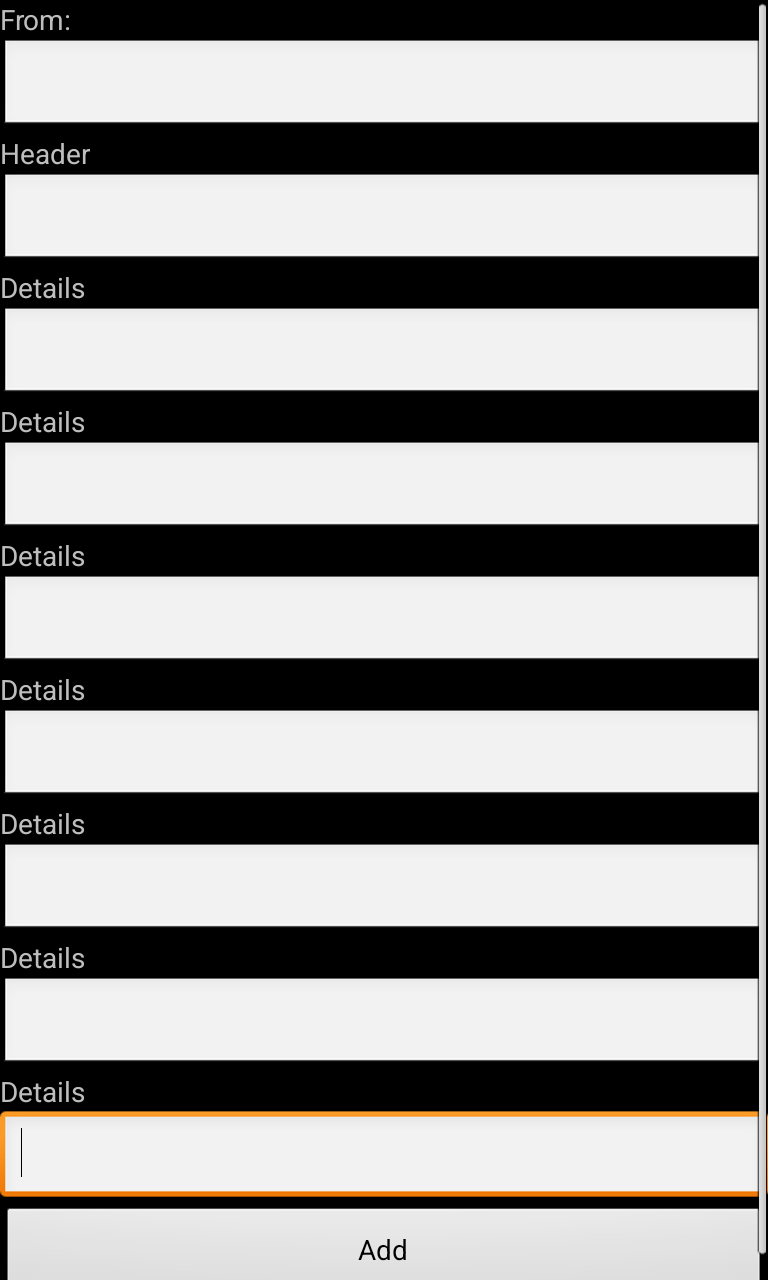
Repository: lcbasu/android
Layout: adt/M Notice/res/layout/detailed_admin.xml
These files come from the project's save history. The layout is drawn as it stood at one moment and after the next save; the edit follows.
It is drawn on a 768 x 1280 px phone screen (xhdpi) without system bars, with theme android:Theme; the app's code is not run.

Above is the layout before, as saved 2014-05-02 09:24:19.

### adt/M Notice/res/layout/detailed_admin.xml
<?xml version="1.0" encoding="utf-8"?>
<ScrollView xmlns:android="http://schemas.android.com/apk/res/android"
    android:layout_width="fill_parent"
    android:layout_height="wrap_content" >

    <LinearLayout

        android:layout_width="fill_parent"
        android:layout_height="fill_parent"
        android:orientation="vertical" >

    <TextView
        android:id="@+id/from"
        android:layout_width="wrap_content"
        android:layout_height="wrap_content"
        android:text="From:" />

    <EditText
        android:id="@+id/editFrom"
        android:layout_width="match_parent"
        android:layout_height="wrap_content"
        android:ems="10" >

        <requestFocus />
    </EditText>

    <TextView
        android:id="@+id/header"
        android:layout_width="wrap_content"
        android:layout_height="wrap_content"
        android:text="Header" />

    <EditText
        android:id="@+id/editHeader"
        android:layout_width="match_parent"
        android:layout_height="wrap_content"
        android:ems="10" >

        <requestFocus />
    </EditText>

    <TextView
        android:id="@+id/detail"
        android:layout_width="wrap_content"
        android:layout_height="wrap_content"
        android:text="Details" />

    <EditText
        android:id="@+id/editDetail"
        android:layout_width="match_parent"
        android:layout_height="wrap_content"
        android:ems="10"
        android:inputType="textMultiLine" >

        <requestFocus />
    </EditText>

        <TextView
        android:id="@+id/detail"
        android:layout_width="wrap_content"
        android:layout_height="wrap_content"
        android:text="Details" />

    <EditText
        android:id="@+id/editDetail"
        android:layout_width="match_parent"
        android:layout_height="wrap_content"
        android:ems="10"
        android:inputType="textMultiLine" >

        <requestFocus />
    </EditText>


        <TextView
        android:id="@+id/detail"
        android:layout_width="wrap_content"
        android:layout_height="wrap_content"
        android:text="Details" />

    <EditText
        android:id="@+id/editDetail"
        android:layout_width="match_parent"
        android:layout_height="wrap_content"
        android:ems="10"
        android:inputType="textMultiLine" >

        <requestFocus />
    </EditText>


        <TextView
        android:id="@+id/detail"
        android:layout_width="wrap_content"
        android:layout_height="wrap_content"
        android:text="Details" />

    <EditText
        android:id="@+id/editDetail"
        android:layout_width="match_parent"
        android:layout_height="wrap_content"
        android:ems="10"
        android:inputType="textMultiLine" >

        <requestFocus />
    </EditText>



        <TextView
        android:id="@+id/detail"
        android:layout_width="wrap_content"
        android:layout_height="wrap_content"
        android:text="Details" />

    <EditText
        android:id="@+id/editDetail"
        android:layout_width="match_parent"
        android:layout_height="wrap_content"
        android:ems="10"
        android:inputType="textMultiLine" >

        <requestFocus />
    </EditText>


        <TextView
        android:id="@+id/detail"
        android:layout_width="wrap_content"
        android:layout_height="wrap_content"
        android:text="Details" />

    <EditText
        android:id="@+id/editDetail"
        android:layout_width="match_parent"
        android:layout_height="wrap_content"
        android:ems="10"
        android:inputType="textMultiLine" >

        <requestFocus />
    </EditText>



        <TextView
        android:id="@+id/detail"
        android:layout_width="wrap_content"
        android:layout_height="wrap_content"
        android:text="Details" />

    <EditText
        android:id="@+id/editDetail"
        android:layout_width="match_parent"
        android:layout_height="wrap_content"
        android:ems="10"
        android:inputType="textMultiLine" >

        <requestFocus />
    </EditText>



    <Button
        android:id="@+id/button1"
        android:layout_width="match_parent"
        android:layout_height="wrap_content"
        android:text="Add" />
    </LinearLayout>


</ScrollView>

After the next save:
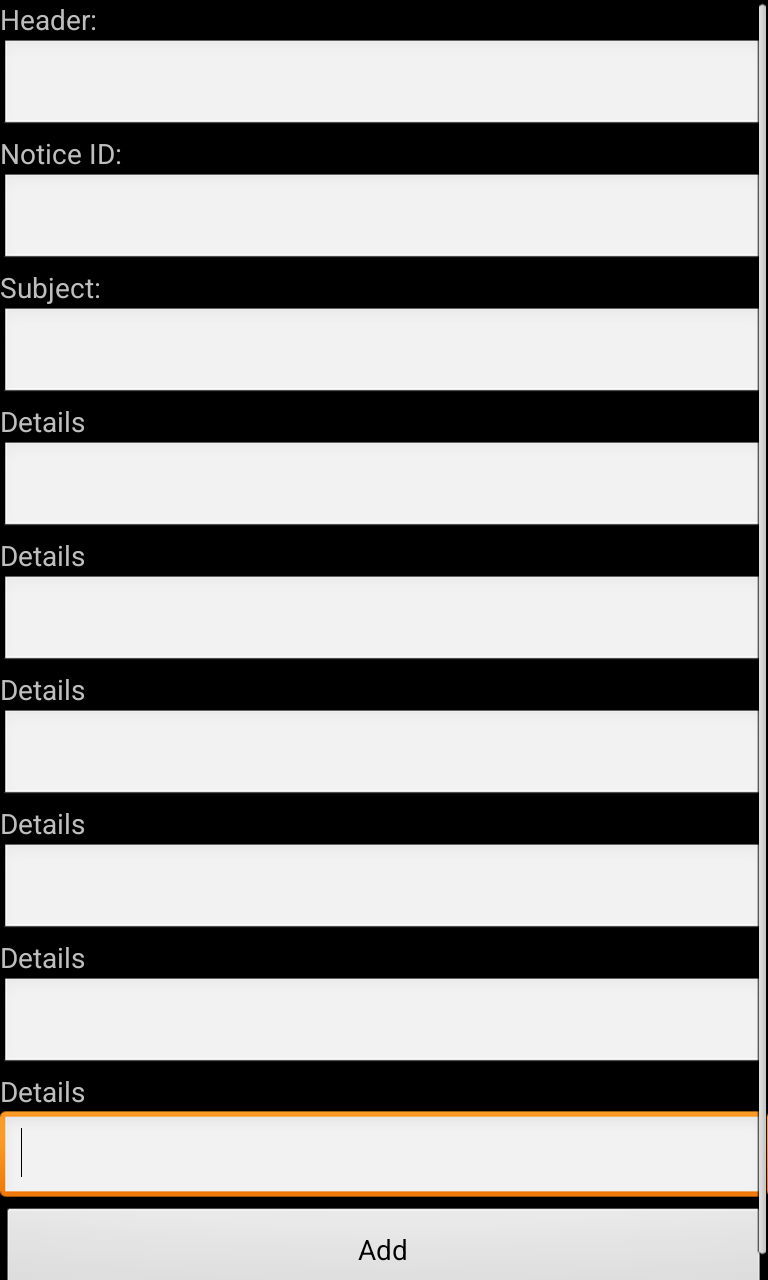
Saved 3 min 24 s later.
--- a/adt/M Notice/res/layout/detailed_admin.xml
+++ b/adt/M Notice/res/layout/detailed_admin.xml
@@ -10,43 +10,46 @@
         android:orientation="vertical" >
 
     <TextView
-        android:id="@+id/from"
+        android:id="@+id/header"
         android:layout_width="wrap_content"
         android:layout_height="wrap_content"
-        android:text="From:" />
+        android:text="Header:" />
 
     <EditText
-        android:id="@+id/editFrom"
+        android:id="@+id/editHeader"
         android:layout_width="match_parent"
         android:layout_height="wrap_content"
-        android:ems="10" >
+        android:ems="10"
+        android:inputType="textMultiLine" >
 
         <requestFocus />
     </EditText>
 
     <TextView
-        android:id="@+id/header"
+        android:id="@+id/noticeID"
         android:layout_width="wrap_content"
         android:layout_height="wrap_content"
-        android:text="Header" />
+        android:text="Notice ID:" />
 
     <EditText
-        android:id="@+id/editHeader"
+        android:id="@+id/editnoticeID"
         android:layout_width="match_parent"
         android:layout_height="wrap_content"
-        android:ems="10" >
+        android:ems="10"
+        android:inputType="textMultiLine" >
 
         <requestFocus />
     </EditText>
 
     <TextView
-        android:id="@+id/detail"
+        android:id="@+id/subject"
         android:layout_width="wrap_content"
         android:layout_height="wrap_content"
-        android:text="Details" />
+        android:text="Subject:"
+        />
 
     <EditText
-        android:id="@+id/editDetail"
+        android:id="@+id/editSubject"
         android:layout_width="match_parent"
         android:layout_height="wrap_content"
         android:ems="10"
